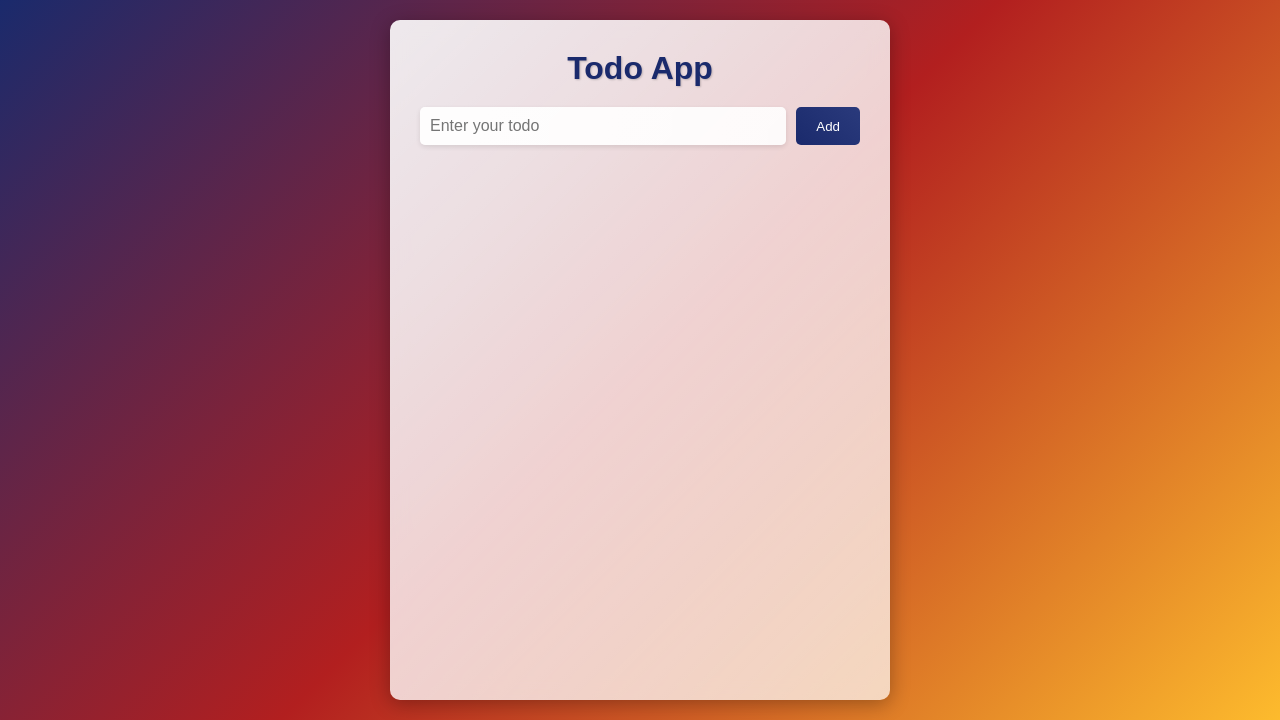
Repository: Teycir/todo-app
Page: index.html
An editor plug-in stored every save of this project. The page is shown before and after the next save, followed by the edit.
The browser window is 1280 px wide. The pictures show the whole page.

Above is the page before, as saved 2024-11-07 18:07:19.

After the next save:
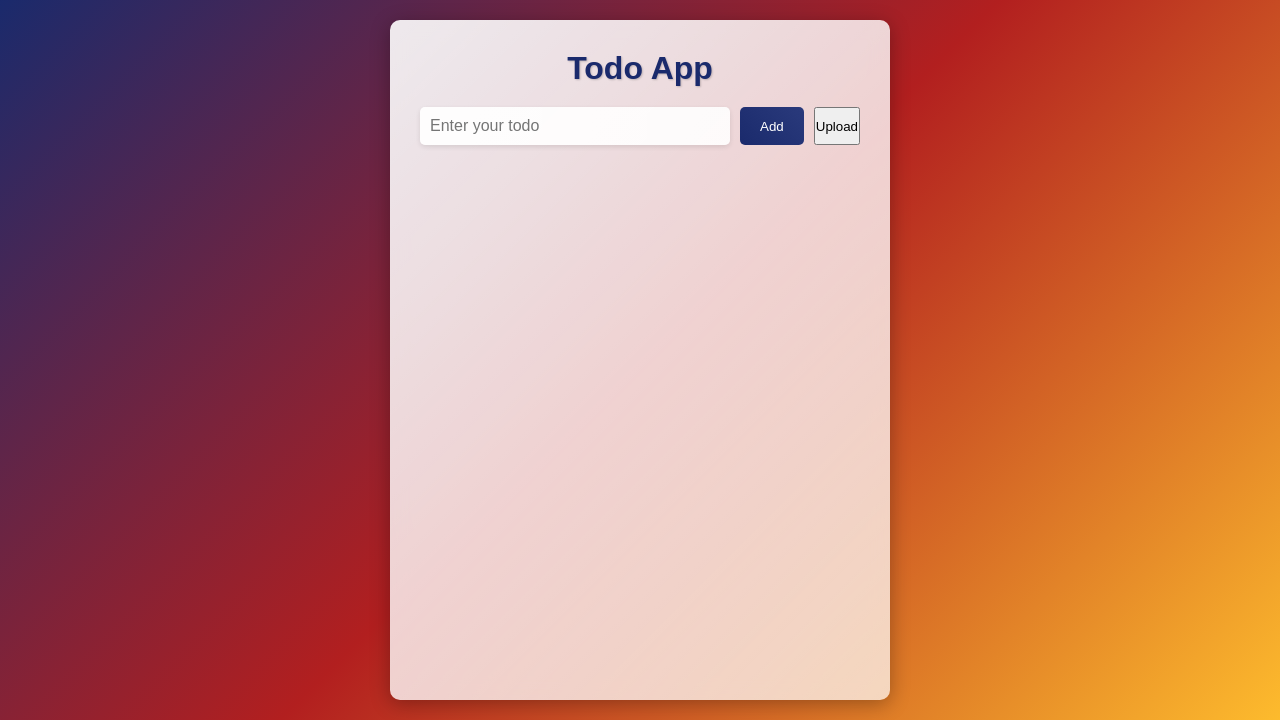
Saved 2 min 16 s later.
--- a/index.html
+++ b/index.html
@@ -12,6 +12,7 @@
         <div class="input-section">
             <input type="text" id="todoInput" placeholder="Enter your todo">
             <button id="addTodo">Add</button>
+            <button id="uploadTodo">Upload</button>
         </div>
         <ul id="todoList"></ul>
     </div>
